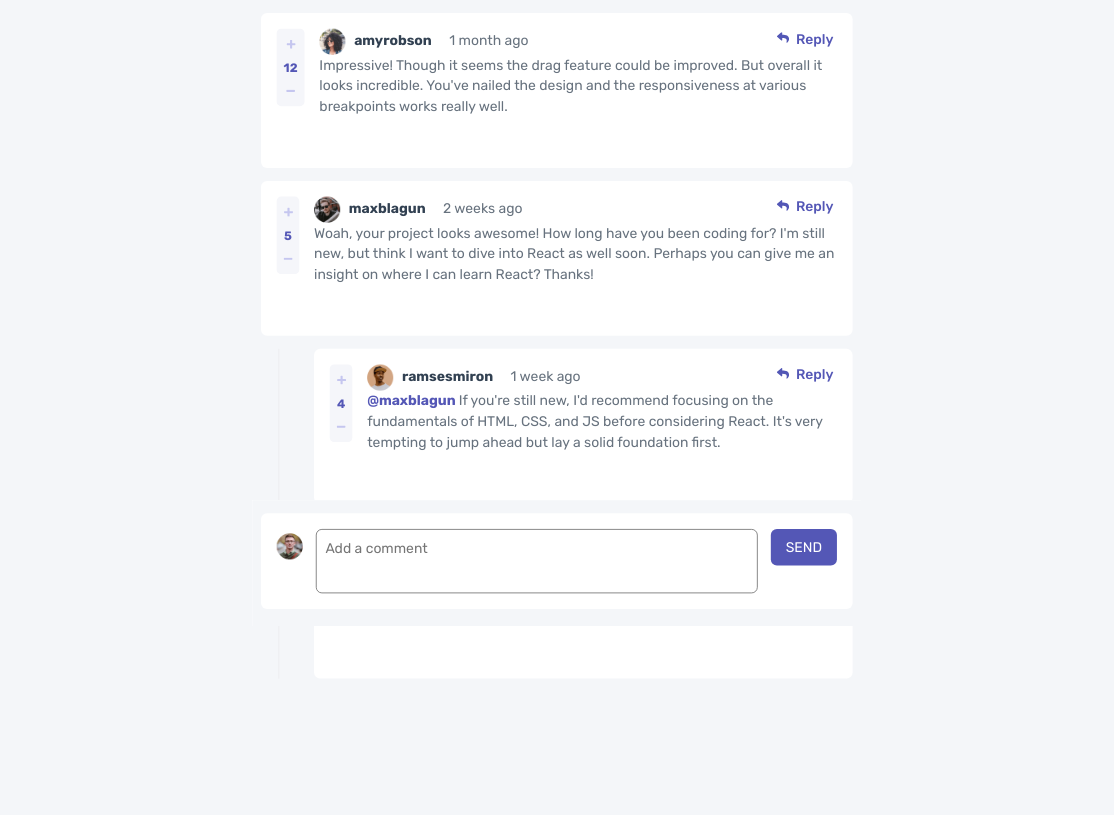
Repository: debaaah/interactive-comments-section-
Page: /
These files come from the project's save history. The page is drawn as it stood at one moment and after the next save; the edit follows.
The browser window is 1280 px wide. The pictures show the whole page, at 87% of full size.
The project was rebuilt for these pictures with package versions that can differ from the ones it lists, and the page was loaded fresh each time.

Above is the page before, as saved 2022-04-29 13:46:33.

### public/index.html
<!DOCTYPE html>
<html lang="en">
  <head>
    <meta charset="utf-8" />
    <link rel="icon" href="%PUBLIC_URL%/favicon-32x32.png" />
    <link rel="stylesheet" href="https://cdn.jsdelivr.net/npm/bootstrap@4.6.1/dist/css/bootstrap.min.css" integrity="sha384-zCbKRCUGaJDkqS1kPbPd7TveP5iyJE0EjAuZQTgFLD2ylzuqKfdKlfG/eSrtxUkn" crossorigin="anonymous">
    <meta name="viewport" content="width=device-width, initial-scale=1" />
    <meta name="theme-color" content="#000000" />
    <meta
      name="description"
      content="Web site created using create-react-app"
    />
    <link rel="apple-touch-icon" href="%PUBLIC_URL%/logo192.png" />
    <!--
      manifest.json provides metadata used when your web app is installed on a
      user's mobile device or desktop. See https://developers.google.com/web/fundamentals/web-app-manifest/
    -->
    <link rel="manifest" href="%PUBLIC_URL%/manifest.json" />
    <!--
      Notice the use of %PUBLIC_URL% in the tags above.
      It will be replaced with the URL of the `public` folder during the build.
      Only files inside the `public` folder can be referenced from the HTML.

      Unlike "/favicon.ico" or "favicon.ico", "%PUBLIC_URL%/favicon.ico" will
      work correctly both with client-side routing and a non-root public URL.
      Learn how to configure a non-root public URL by running `npm run build`.
    -->
    <title>Comment Section</title>
  </head>
  <body>
    <noscript>You need to enable JavaScript to run this app.</noscript>
    <div id="root"></div>
    <!--
      This HTML file is a template.
      If you open it directly in the browser, you will see an empty page.

      You can add webfonts, meta tags, or analytics to this file.
      The build step will place the bundled scripts into the <body> tag.

      To begin the development, run `npm start` or `yarn start`.
      To create a production bundle, use `npm run build` or `yarn build`.
    -->
    <script src="https://cdn.jsdelivr.net/npm/jquery@3.5.1/dist/jquery.slim.min.js" integrity="sha384-DfXdz2htPH0lsSSs5nCTpuj/zy4C+OGpamoFVy38MVBnE+IbbVYUew+OrCXaRkfj" crossorigin="anonymous"></script>
    <script src="https://cdn.jsdelivr.net/npm/bootstrap@4.6.1/dist/js/bootstrap.bundle.min.js" integrity="sha384-fQybjgWLrvvRgtW6bFlB7jaZrFsaBXjsOMm/tB9LTS58ONXgqbR9W8oWht/amnpF" crossorigin="anonymous"></script>
  </body>
</html>

### src/App.js
import './App.css';
import Main from './components/main'

function App() {
  return (
    <div>
      <Main/>
    </div>
  );
}

export default App;

### src/components/sass/style.scss
@import url("https://fonts.googleapis.com/css2?family=Rubik:wght@400;500;700&display=swap");

$blue: hsl(238, 40%, 52%); //#5a5da6;
$blueish: hsl(239, 57%, 85%); //#c4c5ec;
$red: hsl(358, 79%, 66%); //#ED6368;
$reddish: hsl(357, 100%, 86%); //#f4bbc0;
$bg: #f4f6f9;
$Darkblue: hsl(212, 24%, 26%);
$GrayishBlue: hsl(211, 10%, 45%);
$Lightgray: hsl(223, 19%, 93%);
$Verylightgray: hsl(228, 33%, 97%);
$White: hsl(0, 0%, 100%);

body {
  background-color: $bg;
  font-family: "Rubik", sans-serif;
  color: $GrayishBlue;
}
.main {
  width: 90vw;
  max-width: 700px;
  margin: auto auto 157px;
}
.blueBold {
  color: $blue;
  font-weight: bold;
}
.comment-box {
  display: flex;
  background-color: white;
  padding: 18px;
  border-radius: 7px;
  margin: 15px 10px;
  height: max-content;
}
.reply-box {
  margin: 5px 0px 5px 30px;
  padding-left: 30px;
  border-left: 1px solid #ebecef;
}
.score-box {
  background-color: $Verylightgray;//#f4f5fb;
  border-radius: 5px;
  padding: 2px 3px 3px;
  margin-right: 17px;
  div {
    padding: 3px 5px;
    text-align: center;
  }
  .score {
    font-size: 14px;
    color: $blue;
    font-weight: bold;
  }
  .plus,
  .minus {
    padding-right: 4px;
  }
  .minus {
    padding-top: 0;
  }
}
img {
  width: 30px;
}
[type="submit"] {
  background-color: $blue;
  width: 90px;
  height: 42px;
  border: 0;
  border-radius: 7px;
  color: white;
  text-transform: uppercase;
  &:hover{
    background-color: $blueish;
}
}
.displayed {
  display: flex;
}
.comment {
  font-size: 16px;
}
.comment .displayed {
  display: block;
}
.notDisplayed {
  display: none;
}
textarea:hover,
[type="submit"]:hover,
.plus:hover,
.minus:hover,
.edit,
.delete {
  cursor: pointer;

}
.plus:hover,
.minus:hover {
  path {
    fill: $blue;
  }
}
.content-box {
  width: 100%;

  .details {
    display: flex;
    justify-content: space-between;

    .commentator {
      .username {
        font-weight: bold;
        color: $Darkblue;
      }
      .username,
      .time {
        padding: 0 10px;
      }
      .blue {
        background-color: $blue;
        padding: 1px 5px;
        border-radius: 3px;
        color: white;
      }
    }
    .edit-area {
      display: flex;
      font-weight: 500;

      div {
        margin-left: 18px;
      }

      span {
        padding: 4px;
        text-transform: capitalize;
      }
      svg {
        position: relative;
        top: -2px;
      }
      .edit span:nth-child(2),
      .reply {
        color: $blue;
      }
      .delete {
        span:nth-child(2) {
          color: $red;
        }
        &:hover {
          span path {
            fill: $reddish;
          }
          span:nth-child(2) {
            color: $reddish;
          }
        }
      }
      .edit:hover,
      .reply:hover {
        span path {
          fill: $blueish;
        }
        span:nth-child(2) {
          color: $blueish;
        }
      }
    }
  }
}

.currentUser-form-box {
  position: fixed;
  bottom: 0px;
  padding-bottom: 5px;
  width: -webkit-fill-available;
  background-color: $bg;
  width: 90vw;
  max-width: 700px;
  margin: auto;
}
.currentUser-form {
  display: flex;
  max-height: 110px;
}
.currentUserReply-form,
.currentUser-form {
  background-color: white;
  padding: 18px;
  border-radius: 7px;
  margin: 15px 10px;
  justify-content: space-between;
  div {
    height: 0px;
  }
  span {
    position: relative;
    top: 5px;
  }
}

textarea {
  resize: none;
  padding: 10px;
  border-radius: 7px;
  width: -webkit-fill-available;

  &,
  input {
    margin: 0 15px;
  }
}

.comment {
  margin-top: 8px;
  overflow-wrap: anywhere;
  form {
    input {
      float: right;

    }

    textarea {
      margin-right: 0;
      width: 97%;
    }
  }
}

.modal {
  padding-right: 0 !important;

  .modal-content {
    padding: 10px;
  }
  .modal-dialog {
    min-width: 290px;
    top: 50%;
    left: 50%;
    -webkit-transform: translate(-50%, -50%) !important;
    transform: translate(-50%, -50%) !important;
    position: fixed;
  }

  .modal-footer {
    border-top: 0;
    justify-content: space-around;

    .btn {
      width: 150px;
      text-transform: uppercase;
      border-radius: 5px;
      height: auto;
    }
    [type="button"] {
      background-color: $blue;

      &:hover{
          background-color: $blueish;
      }
    }
    [type="submit"] {
      background-color: $red;
    }
    .btn:hover,
    .btn {
      color: white;
    }
  }
}
@media screen and (max-width: 768px) {
  .main {
    margin-bottom: 191px;
  }
  .reply-box {
    margin: 0 0 0 10px;
    padding-left: 0px;
  }
  .score-box {
    width: max-content;
    margin-right: 0px;
    display: flex;

    div {
      padding: 5px 10px;
    }
    .plus {
      padding-top: 2px;
    }
    .minus {
      padding-top: 3px;
    }
  }
  .comment-box {
    position: relative;
    .content-box{
      .details{
        margin-bottom: 15px;
      }
    }
  }
  .score-box-box {
    position: absolute;
    bottom: 10px;
  }
  .edit-area {
    position: absolute;
    right: 18px;
    bottom: 15px;
  }
  .displayed,
  .currentUser-form {
    display: block;
  }
  .currentUser-form {
    max-height: 150px;
  }
  .currentUserReply-form,
  .currentUser-form {
    position: relative;
    div {
      height: 43px;
    }
    span {
      position: static;
    }
    img {
      position: absolute;
      bottom: 15px;
    }
    textarea {
      margin: 0;
      height: 70px;
    }
    input {
      position: absolute;
      bottom: 10px;
      right: 18px;
    }
  }
  .modal {
    .modal-footer {
      .btn {
        font-size: 15px;
        width: auto;
      }
    }
  }
}
@media screen and (max-width: 375px){
.comment-box{
  .content-box{
    .details{
      font-size: 14px;
      img{
        width: 25px;
      }
      .username, .time{
      padding: 0 5px;
      }
      .blue{
        padding: 1px 3px;
      }
    }
    .edit-area{
      div{
        margin-left: 7px;
      }
      span{
        padding: 4px 2px;
      }
    }
  }
}
}

Loaded but not shown: src/index.js (common file); src/index.css (common file); src/reportWebVitals.js (common file); src/App.css (common file); src/components/data.json (common file); src/components/main.js (723 lines, source omitted)

After the next save:
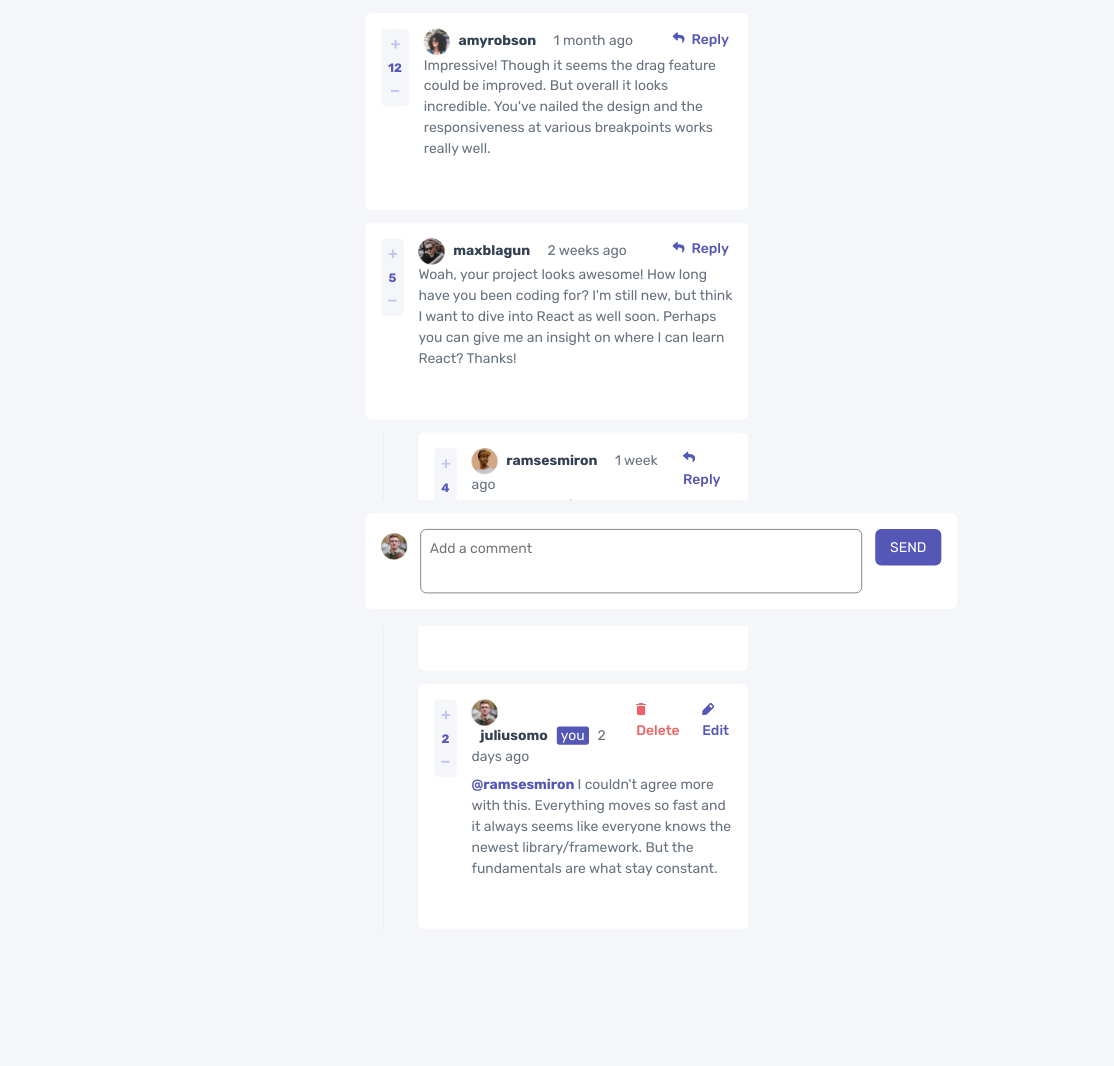
Saved 118 s later.
--- a/src/components/sass/style.scss
+++ b/src/components/sass/style.scss
@@ -18,7 +18,7 @@
 }
 .main {
   width: 90vw;
-  max-width: 700px;
+  max-width: 460px;
   margin: auto auto 157px;
 }
 .blueBold {

After the save that followed:
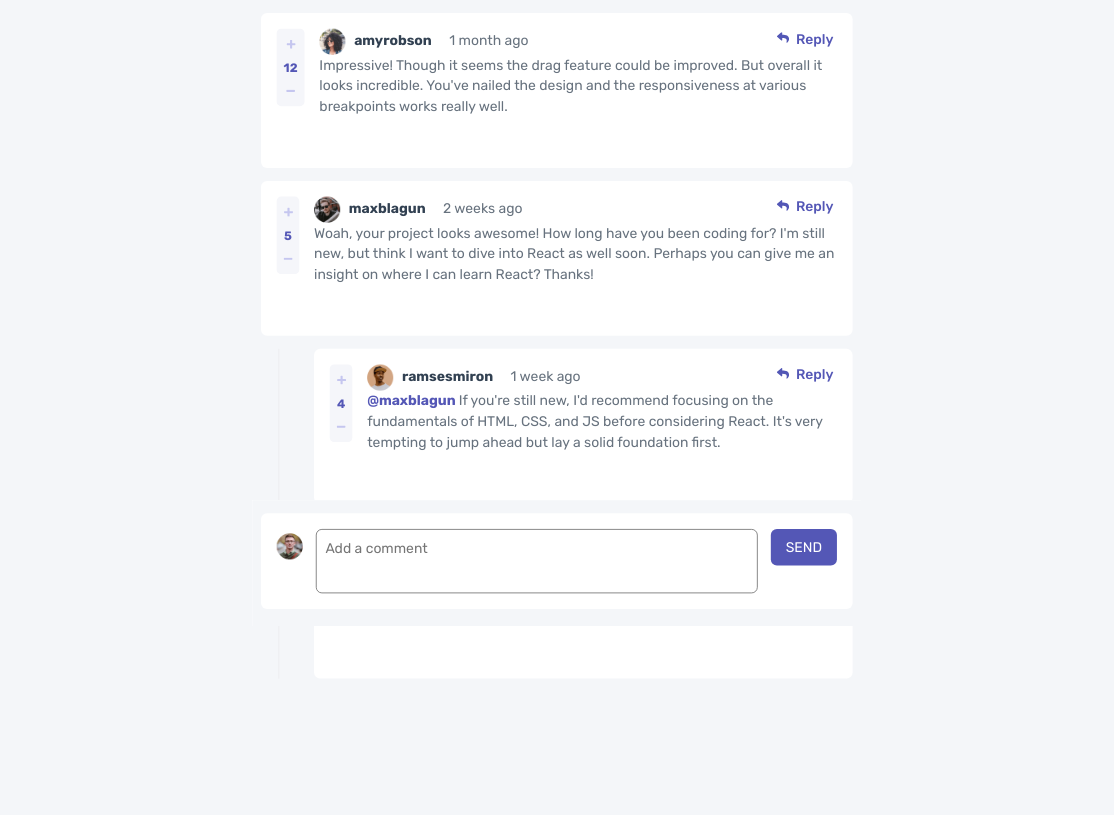
Saved 34 s later.
--- a/src/components/sass/style.scss
+++ b/src/components/sass/style.scss
@@ -18,7 +18,7 @@
 }
 .main {
   width: 90vw;
-  max-width: 460px;
+  max-width: 700px;
   margin: auto auto 157px;
 }
 .blueBold {
